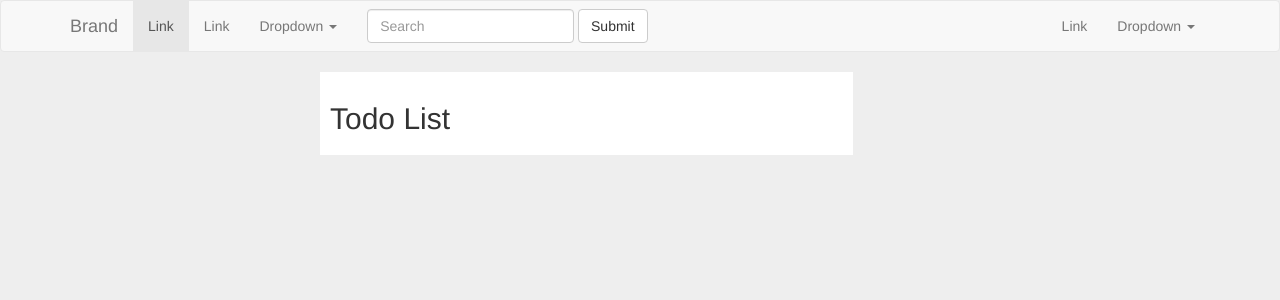
Repository: neoighodaro-articles/migrating-to-laravel
Page: http://localhost/pages/home.php
An editor plug-in stored every save of this project. The page is shown before and after the next save, followed by the edit.
The browser window is 1280 px wide. The pictures show the whole page.
The page is run by PHP 8.4 with error messages shown; the project is at /var/www/html/.

Above is the page before, as saved 2018-06-12 20:00:23.

After the next save:
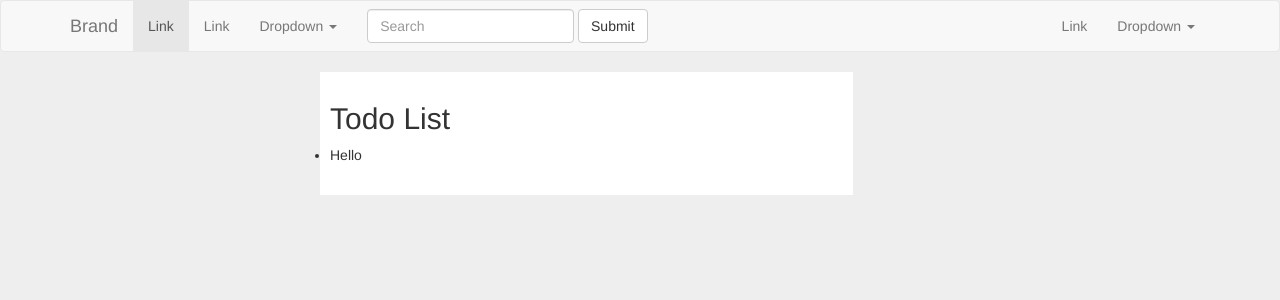
Saved 25 s later.
--- a/vanilla/pages/home.php
+++ b/vanilla/pages/home.php
@@ -70,6 +70,11 @@
 
   <div class="col-md-5 col-md-offset-3" style="background: #FFF;padding: 10px">
     <h2>Todo List</h2>
+    <ul class="list-group">
+      <li class="list-item">
+        Hello
+      </li>
+    </ul>
   </div>
 </body>
 </html>
